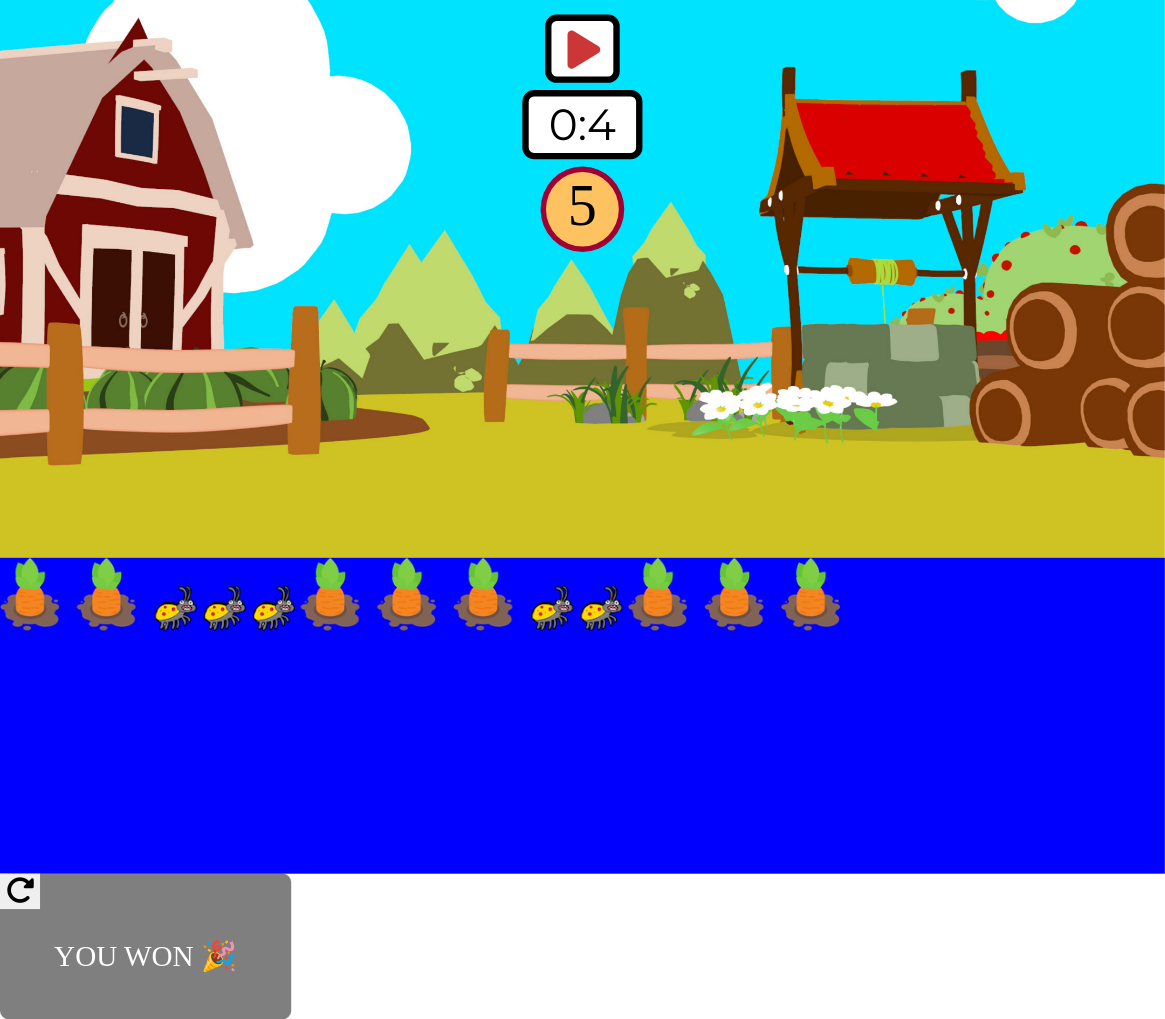
Repository: sephinejo/Mini-carrot-game
Page: index.html
An editor plug-in stored every save of this project. The page is shown before and after the next save, followed by the edit.
The browser window is 1280 px wide. The pictures show the whole page, at 91% of full size.
Some web fonts or font styles are not loaded; a fallback is used. Some web libraries are served in a nearby version.

Above is the page before, as saved 2023-05-15 09:16:37.

### index.html
<!DOCTYPE html>
<html lang="en">
  <head>
    <meta charset="UTF-8" />
    <meta http-equiv="X-UA-Compatible" content="IE=edge" />
    <meta name="viewport" content="width=device-width, initial-scale=1.0" />
    <title>Mini Carrot Game👩‍🌾🥕</title>
    <link rel="stylesheet" href="style.css" />
    <link rel="preconnect" href="https://fonts.googleapis.com" />
    <link rel="preconnect" href="https://fonts.gstatic.com" crossorigin />
    <link
      href="https://fonts.googleapis.com/css2?family=Alice&family=Lato:wght@400;700&family=Montserrat:wght@400;500;600;700&family=Raleway:wght@400;600;700;800&family=Ubuntu&display=swap"
      rel="stylesheet"
    />
    <script
      src="https://kit.fontawesome.com/9ac80604cb.js"
      crossorigin="anonymous"
    ></script>
    <script src="main.js" defer></script>
  </head>
  <body>
    <section class="container">
      <header class="info">
        <button class="info__play">
          <i class="fa-solid fa-play"></i>
        </button>
        <span class="info__timer">0:4</span>
        <span class="info__counter">5</span>
      </header>
      <div class="field">
        <img class="carrot" src="img/carrot.png" alt="carrot" />
        <img class="carrot" src="img/carrot.png" alt="carrot" />
        <img class="bug" src="img/bug.png" alt="bug" />
        <img class="bug" src="img/bug.png" alt="bug" />
        <img class="bug" src="img/bug.png" alt="bug" />
        <img class="carrot" src="img/carrot.png" alt="carrot" />
        <img class="carrot" src="img/carrot.png" alt="carrot" />
        <img class="carrot" src="img/carrot.png" alt="carrot" />
        <img class="bug" src="img/bug.png" alt="bug" />
        <img class="bug" src="img/bug.png" alt="bug" />
        <img class="carrot" src="img/carrot.png" alt="carrot" />
        <img class="carrot" src="img/carrot.png" alt="carrot" />
        <img class="carrot" src="img/carrot.png" alt="carrot" />
      </div>
    </section>
    <section class="pop-up">
      <button class="pop-up__replay">
        <i class="fa-sharp fa-solid fa-rotate-right"></i>
      </button>
      <p class="pop-up__message">YOU WON 🎉</p>
    </section>
  </body>
</html>

### style.css
* {
  box-sizing: border-box;
}

body {
  margin: auto;
}

.container {
  background: url('img/background.png') center/cover;
  height: 60rem;
  display: flex;
  flex-direction: column;
}

.info {
  display: flex;
  flex-direction: column;
  align-items: center;
  height: 30rem;
  padding: 1rem 0;
}

button {
  border: none;
  outline: none;
  cursor: pointer;
}

.info__play {
  font-size: 3rem;
  color: #cc3636;
  border: 0.45rem solid black;
  border-radius: 0.8rem;
  background-color: white;
  padding: 0.4rem 0.9rem 0rem 1.1rem;
  margin-bottom: 0.5rem;
}

.info__play:hover {
  transform: scale(1.1);
  transition: transform 200ms ease-in;
}

.info__timer {
  font-family: Montserrat;
  font-size: 3rem;
  border: 0.45rem solid black;
  border-radius: 0.8rem;
  background-color: white;
  padding: 0.1rem 1.4rem;
  margin-bottom: 0.5rem;
}

.info__counter {
  font-family: Alice;
  font-size: 4rem;
  border: 0.4rem solid #a10035;
  border-radius: 50%;
  background-color: #fec260;
  padding: 0 1.5rem 0.5rem;
}

.field {
  width: 100%;
  height: 100%;
  margin-top: 20rem;
  background-color: blue;
}

.pop-up {
  width: 20rem;
  height: 10rem;
  background: rgba(0, 0, 0, 0.5);
  border-radius: 0.6rem;
  left: 41%;
}

.pop-up__replay {
  font-size: 2rem;
  outline: none;
}

.pop-up__message {
  font-family: Alice;
  font-size: 2rem;
  text-align: center;
  color: white;
}

Loaded but not shown: main.js (no copy from this time; the picture is the same without it)

After the next save:
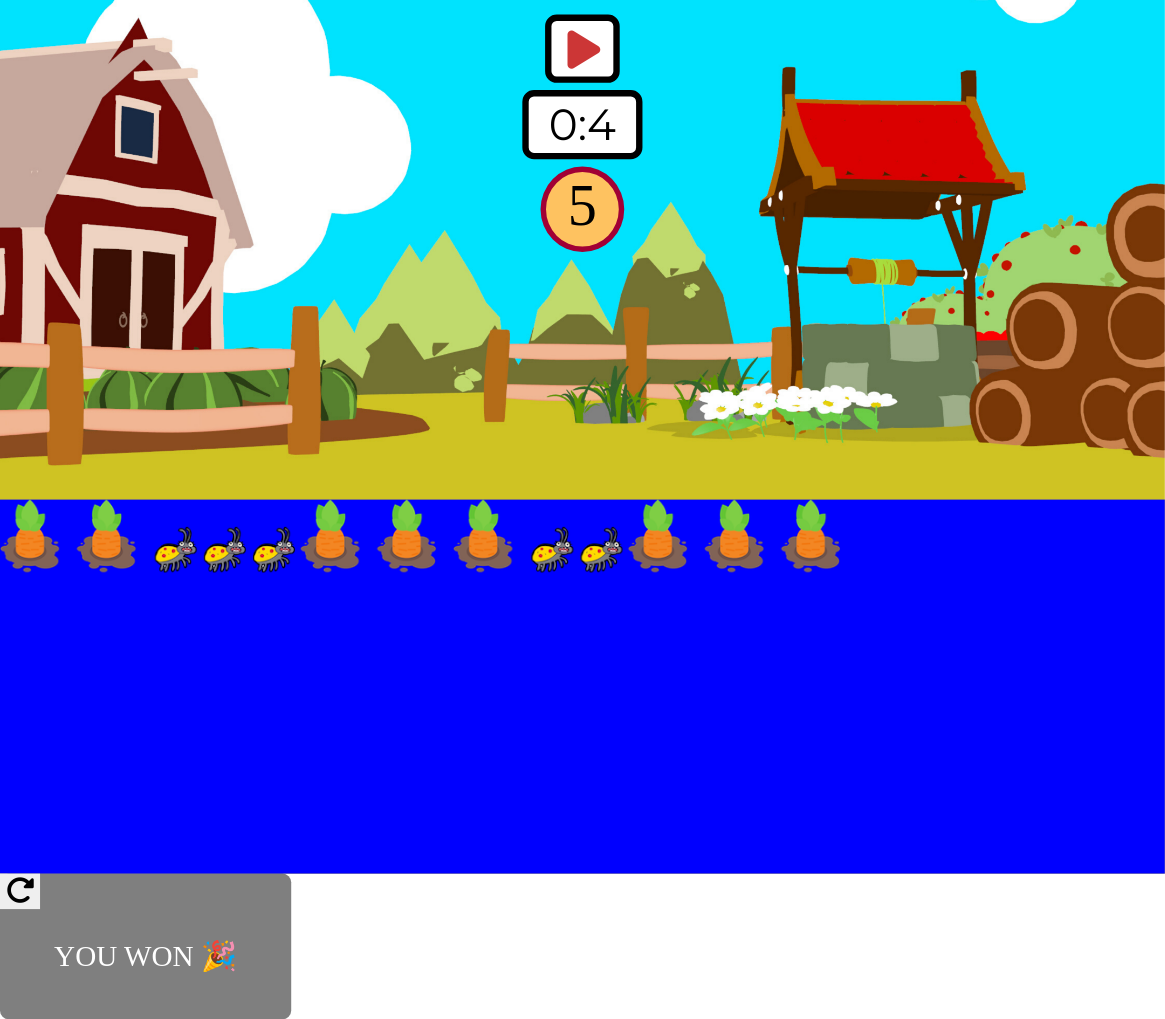
Saved 7 s later.
--- a/style.css
+++ b/style.css
@@ -64,7 +64,7 @@ button {
 .field {
   width: 100%;
   height: 100%;
-  margin-top: 20rem;
+  margin-top: 16rem;
   background-color: blue;
 }
 
